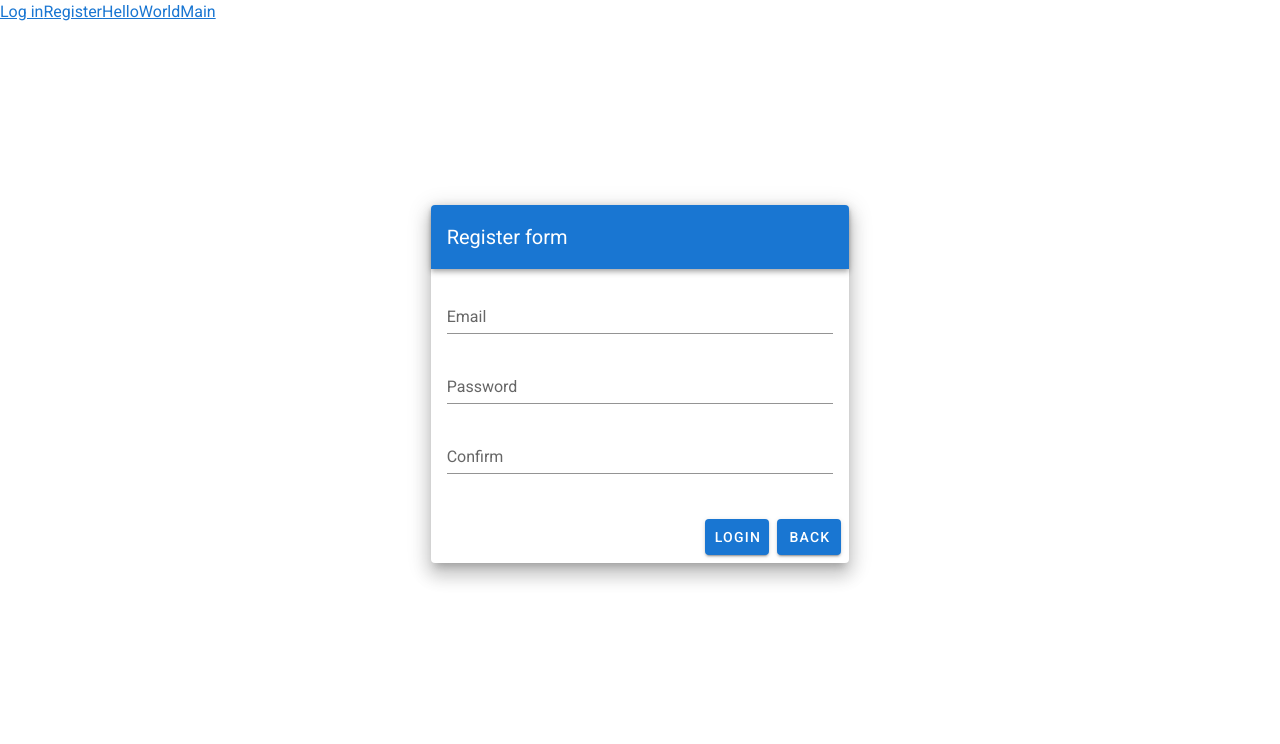
Repository: pao741/vue-todo
Page: /#/Register
These files come from the project's save history. The page is drawn as it stood at one moment and after the next save; the edit follows.
The browser window is 1280 px wide. The pictures show the whole page.
The project was rebuilt for these pictures with package versions that can differ from the ones it lists, and the page was loaded fresh each time. Also part of the build but not shown: vue.config.js, src/components/Login.vue, src/components/Main.vue, src/components/HelloWorld.vue.

Above is the page before, as saved 2021-02-08 18:30:18.

After the next save:
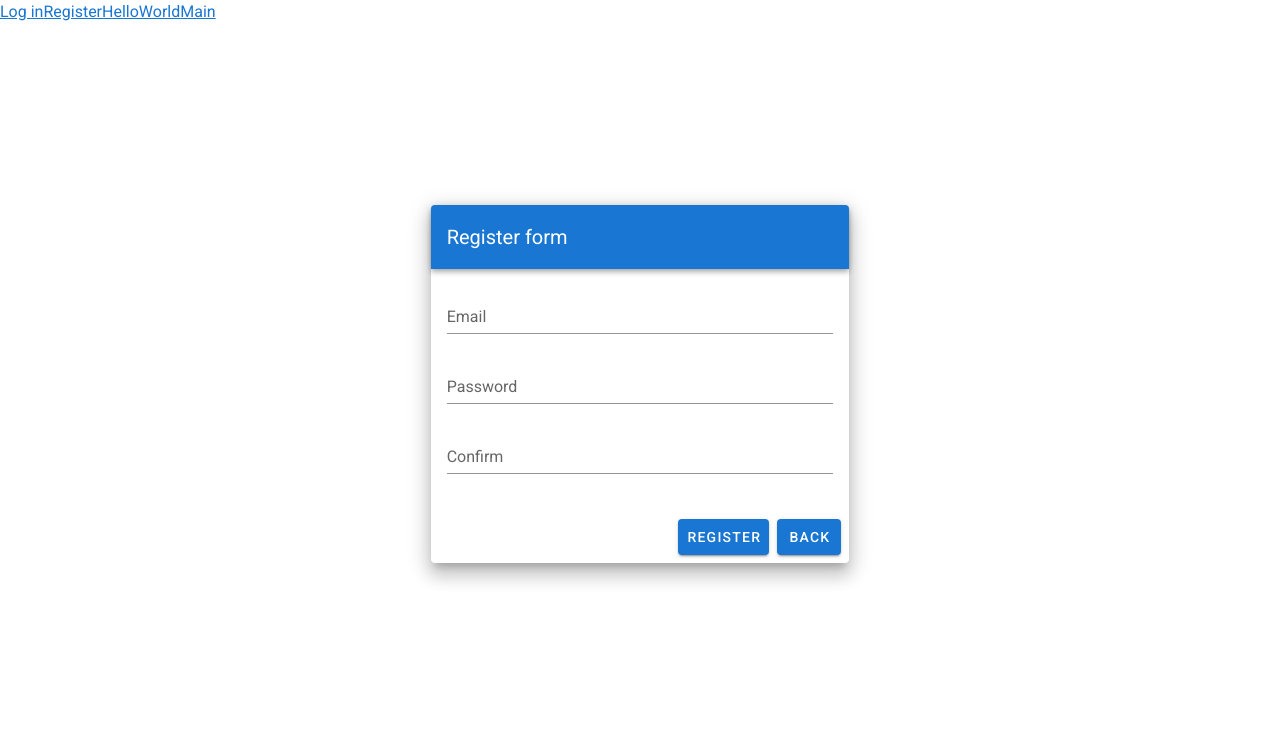
Saved 117 s later.
--- a/src/components/Register.vue
+++ b/src/components/Register.vue
@@ -32,7 +32,7 @@
               </v-card-text>
               <v-card-actions>
                 <v-spacer></v-spacer>
-                <v-btn color="primary" to="/">Login</v-btn>
+                <v-btn color="primary" @click="register">Register</v-btn>
                 <v-btn color="primary" to="/login">Back</v-btn>
               </v-card-actions>
             </v-card>
